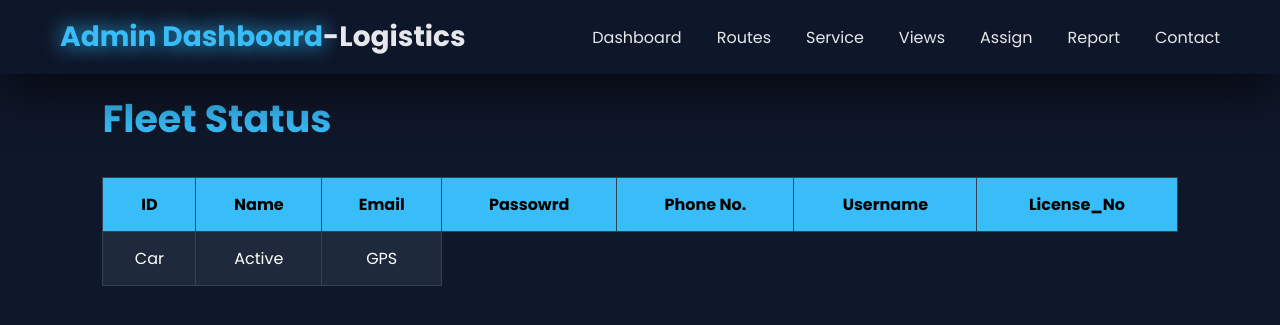
Repository: Pintu-6545/Java_Programming
Page: http://localhost/GreenFleetApplication/view-drivers.jsp
These files come from the project's save history. The page is drawn as it stood at one moment and after the next save; the edit follows.
The browser window is 1280 px wide. The pictures show the whole page.
The page is served by Tomcat 10.

Above is the page before, as saved 2025-12-24 18:44:09.

After the next save:
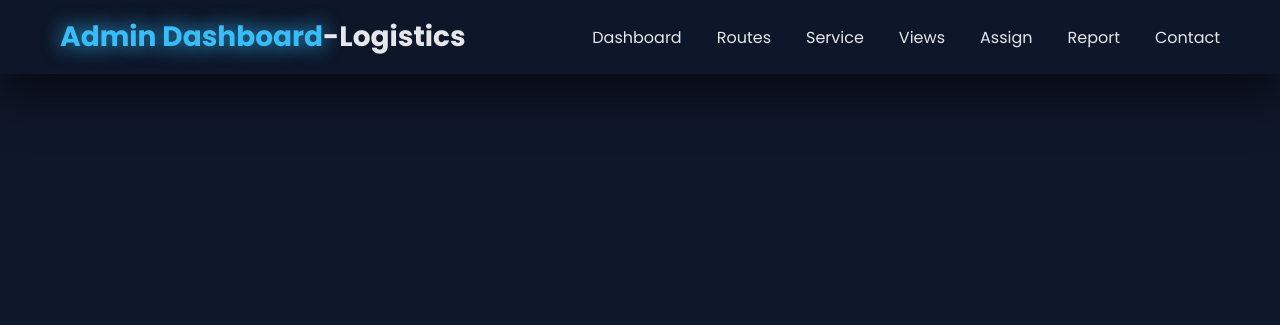
Saved 47 s later.
--- a/Assessement/GreenFeetApp1/GreenFleetApplication/src/main/webapp/view-drivers.jsp
+++ b/Assessement/GreenFeetApp1/GreenFleetApplication/src/main/webapp/view-drivers.jsp
@@ -8,24 +8,5 @@
 <title>Display Drivers Data</title>
 </head>
 <body>
-<section class="section">
-		<h2>Fleet Status</h2>
-		<table>
-			<tr>
-				<th>ID</th>
-				<th>Name</th>
-				<th>Email</th>
-				<th>Passowrd</th>
-				<th>Phone No.</th>
-				<th>Username</th>
-				<th>License_No</th>
-			</tr>
-			<tr>
-				<td>Car</td>
-				<td>Active</td>
-				<td>GPS</td>
-			</tr>
-		</table>
-	</section>
 </body>
 </html>
